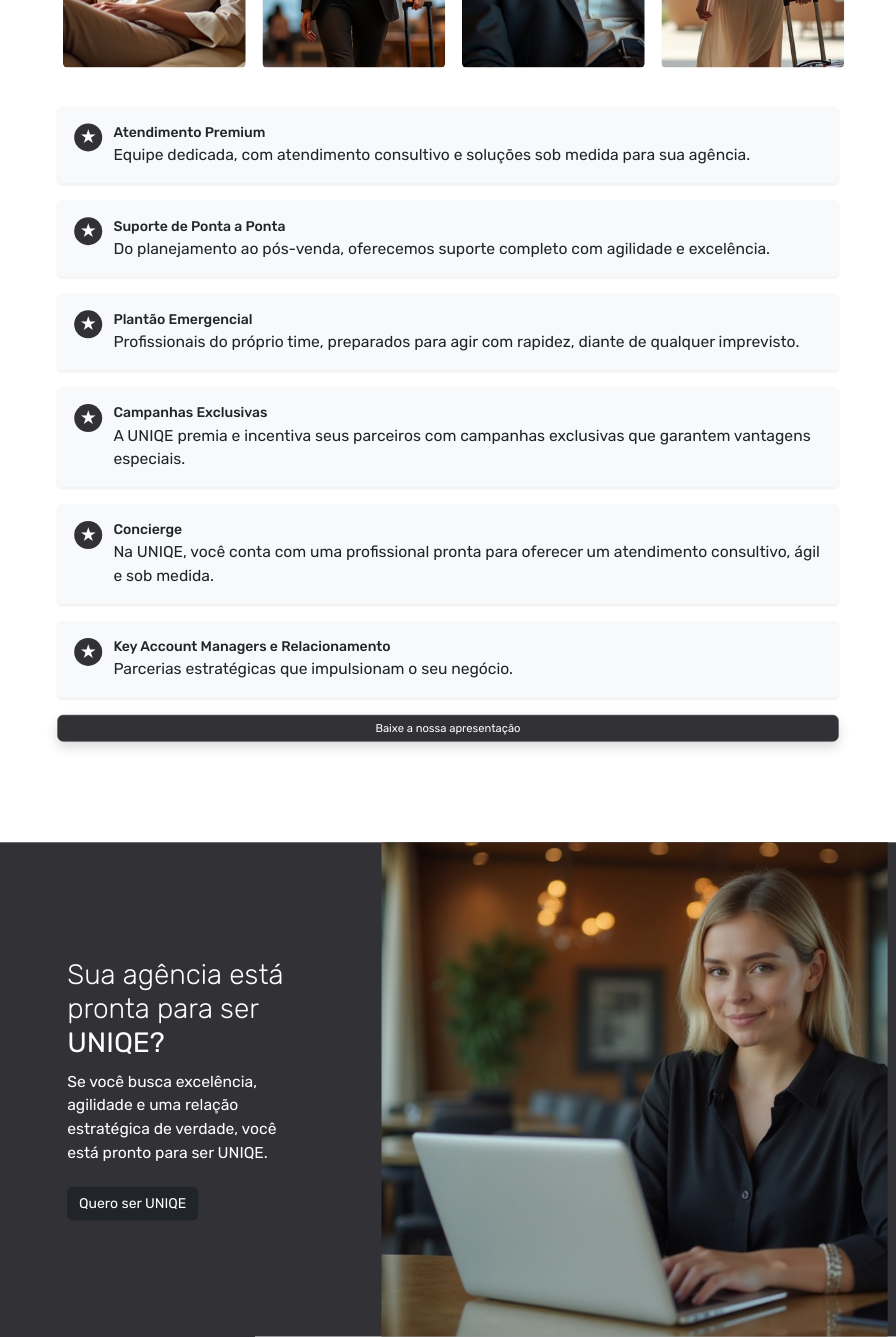
Repository: SkyTeam-Dev/Site-Uniqe
Page: http://localhost/
These files come from the project's save history. The page is drawn as it stood at one moment and after the next save; the edit follows.
The browser window is 1280 px wide. The pictures show the part of the page from y = 1415 to 3335 px (the page is 3325 px tall before and 3335 px after), at 70% of full size.
Some web libraries are served in a nearby version. The page is run by PHP 8.4 with error messages shown; the project is at /var/www/html/.

Above is the page before, as saved 2025-07-03 16:52:01.

### index.php
<!DOCTYPE html>
<html lang="pt-br">

<head>
    <title>:: Uniqe by Skyteam ::</title>
    <!-- Define uma descrição otimizada para mecanismos de busca (Maximo 160 caracteres mas o recomendado é 50 caracteres) -->
    <meta name="description"
        content="CADASTRO SIMPLES, DESCONTOS E CASHBACK A viagem do seu cliente com as melhores condições Conectamos o agente a descontos imbatíveis Ofereça seus serviços a preços mais atrativos com a Uniqe By Skyteam, uma plataforma para reservas de aéreo, hotelaria, seguro-viagem e locação nacional com descontos e cashback, projetada para qualquer agente de viagem" />
    <!-- Define palavras-chave (não tem mais impacto no Google, mas pode ajudar em outros mecanismos) -->
    <meta name="keywords" content="palavra-chave1, palavra-chave2, palavra-chave3">
    <meta charset="utf-8">
    <meta http-equiv="X-UA-Compatible" content="IE=edge">
    <link rel="canonical" href="https://uniqe.tur.br/" />
    <link rel='shortlink' href='https://uniqe.tur.br/' />

    <!-- Define a indexação pelos mecanismos de busca -->
    <meta name="robots" content="index, follow"> <!-- Para indexar e seguir links -->
    <meta name="googlebot" content="index, follow"> <!-- Específico para o Google -->
    <meta name="bingbot" content="index, follow"> <!-- Específico para o Bing -->

    <!-- GOOGLE JSON-LD para SEO -->
    <script type="application/ld+json">
    {
        "@context": "https://schema.org",
        "@type": "WebSite",
        "name": "Uniqe by Skyteam",
        "url": "https://uniqe.tur.br",
        "description": "Consolidadora PREMIUM para grandes negócios do turismo. Atendimento completo, personalizado e com foco em performance e relacionamento, venha ser Uniqe",
        "image": "https://uniqe.tur.br/Templates/Default/Imagens/OG_Uniqe_Base.jpg",
        "author": {
            "@type": "Person",
            "name": "Uniqe"
        },
        "publisher": {
            "@type": "Organization",
            "name": "Uniqe by Skyteam",
            "logo": {
                "@type": "ImageObject",
                "url": "https://uniqe.tur.br/Templates/Default/Imagens/OG_Uniqe_Base.jpg"
            }
        }
    }
    </script>
    <!-- GOOGLE JSON-LD para SEO -->

    <!-- Define o autor do conteúdo -->
    <meta name="author" content="Uniqe by Skyteam">

    <!-- Controla como o Google exibe o snippet do site -->
    <meta name="google" content="nosnippet"> <!-- Impede snippets na SERP -->
    <meta name="google" content="max-snippet:-1, max-image-preview:large, max-video-preview:-1">
    <!-- Personaliza como o conteúdo é mostrado -->

    <!-- Diz ao Google para não traduzir a página automaticamente -->
    <meta name="google" content="notranslate">

    <!-- Define a geolocalização para buscas locais -->
    <meta name="DC.title" content="Uniqe By SkyTeam" />
    <meta name="geo.region" content="BR-RS" />
    <meta name="geo.placename" content="Porto Alegre" />
    <meta name="geo.position" content="-30.030205;-51.229975" />
    <meta name="ICBM" content="-30.030205, -51.229975" />
    <!-- Criador do conteúdo -->
    <meta name="DC.creator" content="Uniqe By SkyTeam">
    <!-- Assunto ou tema do conteúdo -->
    <meta name="DC.subject"
        content="Consolidadora PREMIUM para grandes negócios do turismo. Atendimento completo, personalizado e com foco em performance e relacionamento, venha ser Uniqe">
    <!-- Descrição do conteúdo -->
    <meta name=" DC.description"
        content="Consolidadora PREMIUM para grandes negócios do turismo. Atendimento completo, personalizado e com foco em performance e relacionamento, venha ser Uniqe">

    <!-- Editora ou organização responsável -->
    <meta name="publisher" content="Uniqe By SkyTeam">
    <!-- Identificador único (ex: URL, DOI) -->
    <meta name="identifier" content="https://uniqe.tur.br">
    <!-- Idioma do conteúdo -->
    <meta name="language" content="pt-BR">

    <!-- Direitos autorais e licenciamento -->
    <meta name="rights" content="© 2025 Uniqe By SkyTeam. Todos os direitos reservados.">


    <!-- Definição do protocolo Open Graph BASE -->
    <meta property="og:type" content="website">
    <!-- URL canônica da página -->
    <meta property="og:url" content="https://uniqe.tur.br/">
    <!-- Título que aparecerá no compartilhamento -->
    <meta property="og:title" content="Uniqe by Skyteam">
    <!-- Descrição curta e chamativa -->
    <meta property="og:description"
        content="Consolidadora PREMIUM para grandes negócios do turismo. Atendimento completo, personalizado e com foco em performance e relacionamento, venha ser Uniqe">
    <!-- Imagem para exibição no compartilhamento -->
    <meta property="og:image" content="https://uniqe.tur.br/Templates/Default/Imagens/OG_Uniqe_Base.jpg">
    <!-- 1200x630 pixels é o tamanho recomendado pelo Facebook e outras redes sociais -->
    <meta property="og:image:alt"
        content="Uniqe by Skyteam - Consolidadora PREMIUM para grandes negócios do turismo. Atendimento completo, personalizado e com foco em performance e relacionamento, venha ser Uniqe">
    <!-- Especificações adicionais para a imagem -->
    <meta property="og:image:width" content="1200">
    <meta property="og:image:height" content="630">
    <!-- Nome do site (opcional, mas recomendado) -->
    <meta property="og:site_name" content="Uniqe by Skyteam">
    <!-- Idioma da página -->
    <meta property="og:locale" content="pt_BR">
    <!-- Definição do protocolo Open Graph BASE -->

    <!-- Twitter Card -->
    <meta name="twitter:card" content="summary_large_image">
    <meta name="twitter:title" content="Uniqe by Skyteam">
    <meta name="twitter:description"
        content="Consolidadora PREMIUM para grandes negócios do turismo. Atendimento completo, personalizado e com foco em performance e relacionamento, venha ser Uniqe">
    <meta name="twitter:image" content="https://uniqe.tur.br/Templates/Default/Imagens/OG_Uniqe_Base.jpg">
    <!-- Twitter Card -->



    <meta name="viewport" content="width=device-width, initial-scale=1, shrink-to-fit=no">

    <link rel='preconnect' href='//fonts.googleapis.com' />
    <link rel="preconnect" href="//fonts.gstatic.com" crossorigin>
    <link rel='preconnect' href='//jsdelivr.net' />
    <link rel='preconnect' href='//cdn.jsdelivr.net' />
    <link rel='preconnect' href='//code.jquery.com' />



    <!-- CSS -->
    <script src="https://kit.fontawesome.com/1f7edb10c1.js" crossorigin="anonymous"></script>

    <link
        href="https://fonts.googleapis.com/css2?family=DM+Sans:ital,opsz,wght@0,9..40,100..1000;1,9..40,100..1000&family=Inter:ital,opsz,wght@0,14..32,100..900;1,14..32,100..900&family=Rubik:ital,wght@0,300..900;1,300..900&display=swap"
        rel="stylesheet">

    <link rel="stylesheet" href="Templates/Default/Bootstrap/bootstrap.css">
    <link rel="stylesheet" href="Templates/Default/CSS/Site.css">

    <link rel="stylesheet" href="https://cdn.jsdelivr.net/npm/slick-carousel@1.8.1/slick/slick.css" />
    <link rel="stylesheet" href="https://cdn.jsdelivr.net/npm/slick-carousel@1.8.1/slick/slick-theme.css" />


    <!-- CSS -->

    <!-- Favicon -->


    <!-- Favicon e Theme Color-->
    <link rel="icon" type="image/png" href="Templates/Default/Imagens/Favicons/favicon-96x96.png" sizes="96x96" />
    <link rel="icon" type="image/svg+xml" href="Templates/Default/Imagens/Favicons/favicon.svg" />
    <link rel="shortcut icon" href="Templates/Default/Imagens/Favicons/favicon.ico" />
    <link rel="icon" href="Templates/Default/Imagens/Favicons/favicon.ico" type="image/x-icon">
    <link rel="apple-touch-icon" sizes="180x180" href="Templates/Default/Imagens/Favicons/apple-touch-icon.png" />
    <link rel="manifest" href="Templates/Default/Imagens/Favicons/site.webmanifest" />
    <link rel="apple-touch-icon" href="Templates/Default/Imagens/Favicons/favicon-96x96.png">
    <meta name="msapplication-TileImage" content="Templates/Default/Imagens/Favicons/favicon-96x96.png">
    <meta name="theme-color" content="#313136">
    <meta name="apple-mobile-web-app-capable" content="yes">
    <meta name="apple-mobile-web-app-status-bar-style" content="black-translucent">
    <meta name="msapplication-TileColor" content="#313136">
    <!-- Favicon -->


    <!-- Rastreamento e Comunicação -->

    <!-- Google Tag Manager -->
    <script>
    (function(w, d, s, l, i) {
        w[l] = w[l] || [];
        w[l].push({
            'gtm.start': new Date().getTime(),
            event: 'gtm.js'
        });
        var f = d.getElementsByTagName(s)[0],
            j = d.createElement(s),
            dl = l != 'dataLayer' ? '&l=' + l : '';
        j.async = true;
        j.src =
            'https://www.googletagmanager.com/gtm.js?id=' + i + dl;
        f.parentNode.insertBefore(j, f);
    })(window, document, 'script', 'dataLayer', 'GTM-PS6PGN9L');
    </script>
    <!-- End Google Tag Manager -->

    <!-- Rastreamento e Comunicação -->



    <script src="https://www.google.com/recaptcha/api.js"></script>


</head>

<body onload="document.body.classList.add('show');" class="fade-in">


    <!-- Cabeçalho -->
    <header id="mainHeader" class="menu-transparent mt-0">
        <div class="container-fluid d-flex justify-content-between align-items-center p-3">
            <div>
                <img src="Templates/Default/Imagens/Logo_Uniqe_Branco.png" class="ms-4 img-fluid fw-bold">
                <!-- Troque pelo seu logo -->
            </div>
            <div>
                <a href="#" class="btn btn-outline-light me-2 rounded-3 shadow">Seja Cliente</a>
                <a href="#" class="btn btn-light rounded-3 shadow">Portal Uniqe</a>
            </div>
        </div>
    </header>

    <!-- Conteúdo -->
    <main class="bg-primary">

        <section class="container-fluid p-5 Hero d-flex justify-content-center align-items-center min-vh-100" id="Hero">
            <div class="row">
                <div class="col-md-6 col-sm-12">
                    <h1 class="text-white mb-5">Consolidadora Premium para Grandes Negócios do Turismo</h1>
                    <p class="text-white mb-3">Atendimento completo, personalizado e com foco em performance e
                        relacionamento.</p>
                    <a href="#" class="btn btn-lg btn-primary">Quero ser UNIQE</a>
                </div>
            </div>


        </section>

    </main>
    <!-- Conteúdo -->

    <!-- Cabeçalho -->

    <!-- Por que ser UNIQE -->

    <section class="container bg-white Espacamento_Superior">

        <div class="row  p-5">

            <div class="col-sm-12">

                <h1 class="mb-2">Por que ser UNIQE?</h1>
                <p class="mb-5">Mais do que uma consolidadora, somos um parceiro estratégico com atendimento premium
                    e completo em todas as etapas da jornada.</p>
            </div>
        </div>
        <div class="row text-center">

            <div class="col-md-3 col-sm-12">
                <img src="Templates/Default/Imagens/foto-uniqe-01.jpg"
                    class="img-fluid img-hover-site text-center m-2 rounded border-1">
            </div>

            <div class="col-md-3 col-sm-12">
                <img src="Templates/Default/Imagens/foto-uniqe-02.png"
                    class="img-fluid img-hover-site text-center m-2 rounded border=1">
            </div>

            <div class="col-md-3 col-sm-12">
                <img src="Templates/Default/Imagens/foto-uniqe-03.jpg"
                    class="img-fluid img-hover-site text-center m-2 rounded border=1">
            </div>

            <div class="col-md-3 col-sm-12">
                <img src="Templates/Default/Imagens/foto-uniqe-04.jpg"
                    class="img-fluid img-hover-site text-center m-2 rounded border-1">
            </div>




        </div>

        </div>

    </section>

    <!-- Por que ser UNIQE -->

    <section class="container py-5">
        <div class="row g-4">

            <div class="col-12">
                <div class="card-beneficio d-flex align-items-start bg-light rounded p-4 shadow-sm">
                    <div class="me-3">
                        <span
                            class="icone fs-4 text-white rounded-circle d-inline-flex align-items-center justify-content-center"
                            style="width: 40px; height: 40px;">
                            ★
                        </span>
                    </div>
                    <div>
                        <h5 class="mb-1">Atendimento Premium</h5>
                        <p class="mb-0">Equipe dedicada, com atendimento consultivo e soluções sob medida para sua
                            agência.</p>
                    </div>
                </div>
            </div>

            <div class="col-12">
                <div class="card-beneficio d-flex align-items-start bg-light rounded p-4 shadow-sm">
                    <div class="me-3">
                        <span
                            class="icone fs-4 text-white rounded-circle d-inline-flex align-items-center justify-content-center"
                            style="width: 40px; height: 40px;">
                            ★
                        </span>
                    </div>
                    <div>
                        <h5 class="mb-1">Suporte de Ponta a Ponta</h5>
                        <p class="mb-0">Do planejamento ao pós-venda, oferecemos suporte completo com agilidade e
                            excelência.</p>
                    </div>
                </div>
            </div>


            <div class="col-12">
                <div class="card-beneficio d-flex align-items-start bg-light rounded p-4 shadow-sm">
                    <div class="me-3">
                        <span
                            class="icone fs-4 text-white rounded-circle d-inline-flex align-items-center justify-content-center"
                            style="width: 40px; height: 40px;">
                            ★
                        </span>
                    </div>
                    <div>
                        <h5 class="mb-1">Plantão Emergencial</h5>
                        <p class="mb-0">Profissionais do próprio time, preparados para agir com rapidez, diante de
                            qualquer imprevisto.</p>
                    </div>
                </div>
            </div>

            <div class="col-12">
                <div class="card-beneficio d-flex align-items-start bg-light rounded p-4 shadow-sm">
                    <div class="me-3">
                        <span
                            class="icone fs-4 text-white rounded-circle d-inline-flex align-items-center justify-content-center"
                            style="width: 40px; height: 40px;">
                            ★
                        </span>
                    </div>
                    <div>
                        <h5 class="mb-1">Campanhas Exclusivas</h5>
                        <p class="mb-0">A UNIQE premia e incentiva seus parceiros com campanhas exclusivas que garantem
                            vantagens especiais.</p>
                    </div>
                </div>
            </div>

            <div class="col-12">
                <div class="card-beneficio d-flex align-items-start bg-light rounded p-4 shadow-sm">
                    <div class="me-3">
                        <span
                            class="icone fs-4 text-white rounded-circle d-inline-flex align-items-center justify-content-center"
                            style="width: 40px; height: 40px;">
                            ★
                        </span>
                    </div>
                    <div>
                        <h5 class="mb-1">Concierge</h5>
                        <p class="mb-0">Na UNIQE, você conta com uma profissional pronta para oferecer um atendimento
                            consultivo, ágil e sob medida.</p>
                    </div>
                </div>
            </div>

            <div class="col-12">
                <div class="card-beneficio d-flex align-items-start bg-light rounded p-4 shadow-sm">
                    <div class="me-3">
                        <span
                            class="icone fs-4 text-white rounded-circle d-inline-flex align-items-center justify-content-center"
                            style="width: 40px; height: 40px;">
                            ★
                        </span>
                    </div>
                    <div>
                        <h5 class="mb-1">Key Account Managers e Relacionamento</h5>
                        <p class="mb-0">Parcerias estratégicas que impulsionam o seu negócio.</p>
                    </div>
                </div>
            </div>

            <div class="col-12">
                <div class="d-grid gap-2">
                    <a href="#" class="btn btn-primary btn-block rounded-3 shadow mb-5" data-bs-toggle="modal"
                        data-bs-target="#modalPDF">
                        Baixe a nossa apresentação
                    </a>
                </div>
            </div>

            <!-- MODAL -->

            <div class="modal fade" id="modalPDF" tabindex="-1" aria-labelledby="modalPDFLabel" aria-hidden="true">
                <div class="modal-dialog modal-xl modal-dialog-centered">
                    <div class="modal-content">
                        <div class="modal-header">
                            <h5 class="modal-title" id="modalPDFLabel">Apresentação UNIQE</h5>
                            <button type="button" class="btn-close" data-bs-dismiss="modal"
                                aria-label="Fechar"></button>
                        </div>
                        <div class="modal-body p-0" style="height: 80vh;">
                            <iframe
                                src="https://uniqe.blob.core.windows.net/uniqe/apresentacao/apresenta%C3%A7%C3%A3o-uniqe.pdf"
                                class="w-100 h-100 border-0"></iframe>
                        </div>
                    </div>
                </div>
            </div>

            <!-- MODAL -->

        </div>
    </section>

    <section class="container-fluid bg-primary mt-5 text-white">

        <div class="row align-items-center">

            <!-- Coluna de texto -->

            <div class="col-md-5 p-5 mb-4 mb-md-0">
                <div class="p-5">
                    <h1 class="fw-light">Sua agência está pronta para ser <strong>UNIQE?</strong></h1>
                    <p class="mt-3">Se você busca excelência, agilidade e uma relação estratégica de verdade, você está
                        pronto para ser UNIQE.</p>
                    <a href="#" class="btn btn-dark btn-lg mt-3">Quero ser UNIQE</a>
                </div>
            </div>


            <!-- Coluna de imagem -->
            <div class="col-md-7 d-flex align-items-stretch">
                <div class="w-100">
                    <img src="Templates/Default/Imagens/foto-uniqe-formulario.jpg" alt="Atendente UNIQE"
                        class="img-fluid w-100 h-100 object-fit-cover">
                </div>
            </div>


        </div>
    </section>







    <script src="https://cdn.jsdelivr.net/npm/bootstrap@5.3.3/dist/js/bootstrap.bundle.min.js"></script>
    <script>
    const header = document.getElementById('mainHeader');
    let lastScroll = 0;

    window.addEventListener('scroll', () => {
        const currentScroll = window.scrollY;

        if (currentScroll <= 0) {
            header.classList.add('menu-transparent');
            header.classList.remove('menu-colored');
            return;
        }

        if (currentScroll > lastScroll) {
            // Rolando para baixo
            header.classList.add('menu-colored');
            header.classList.remove('menu-transparent');
        } else {
            // Rolando para cima
            if (currentScroll <= 100) {
                header.classList.add('menu-transparent');
                header.classList.remove('menu-colored');
            }
        }

        lastScroll = currentScroll;
    });
    </script>

</body>

</html>

### Templates/Default/CSS/Site.css
body{
    overflow-x: hidden;

}

.fade-in {
    opacity: 0;
    transition: opacity 1s ease-in-out;
}

.fade-in.show {
    opacity: 1;
}

header {
  position: fixed;
  width: 100%;
  z-index: 999;
  transition: background-color 0.3s ease, box-shadow 0.3s ease;
}

.menu-transparent {
  background-color: transparent !important;
  box-shadow: none !important;
}

.menu-colored {
  background-color: var(--bs-primary) !important;
  box-shadow: 0 2px 5px rgba(0, 0, 0, 0.1);
}

.Hero {
  height: 100vh;
  background-image: url('../Imagens/foto-home-uniqe.jpg');
  background-repeat: no-repeat;
  background-size: cover;
  background-position: center;
}

.Espacamento_Superior{
    padding-top: 8rem !important;
}

.Espacamento_Inferior{
    padding-bottom: 8rem !important;
}


.icone{
    background-color: var(--bs-primary);
}

.card-beneficio .icone,
.card-beneficio h5 {
  transition: all 0.3s ease-in-out;
}

.card-beneficio:hover .icone {
  transform: scale(1.3);
  background-color: #73737d;
}

.card-beneficio:hover h5 {
  color: #73737d; /* cor primária do Bootstrap (pode mudar para outra que quiser) */
}

.img-hover-site:hover{
    box-shadow: 0px 0px 20px 1px rgba(0,0,0,0.5);
    transition: all 0.3s ease-in-out;
    transform: scale(1.1);
    -webkit-transform: scale(1.1);
    -moz-transform: scale(1.1);
    -ms-transform: scale(1.1);
    -o-transform: scale(1.1);
    -webkit-transition: all 0.3s ease-in-out;
    -moz-transition: all 0.3s ease-in-out;
    -ms-transition: all 0.3s ease-in-out;
    -o-transition: all 0.3s ease-in-out;
}

.object-fit-cover {
  object-fit: cover;
}

Loaded but not shown: Templates/Default/Bootstrap/bootstrap.css (library)

After the next save:
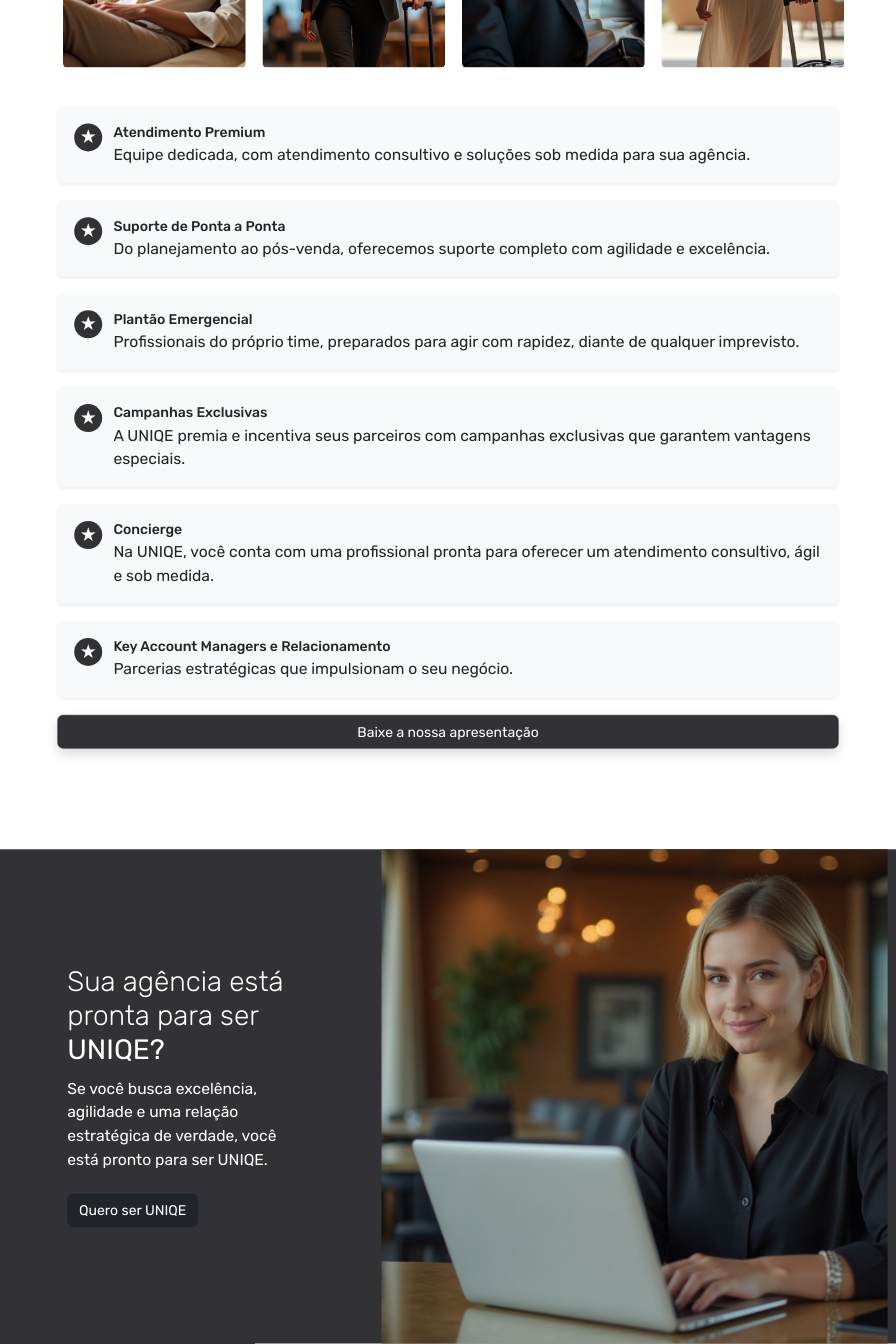
Saved 3 min 13 s later.
--- a/index.php
+++ b/index.php
@@ -379,7 +379,7 @@
 
             <div class="col-12">
                 <div class="d-grid gap-2">
-                    <a href="#" class="btn btn-primary btn-block rounded-3 shadow mb-5" data-bs-toggle="modal"
+                    <a href="#" class="btn btn-primary btn-block btn-lg rounded-3 shadow mb-5" data-bs-toggle="modal"
                         data-bs-target="#modalPDF">
                         Baixe a nossa apresentação
                     </a>
